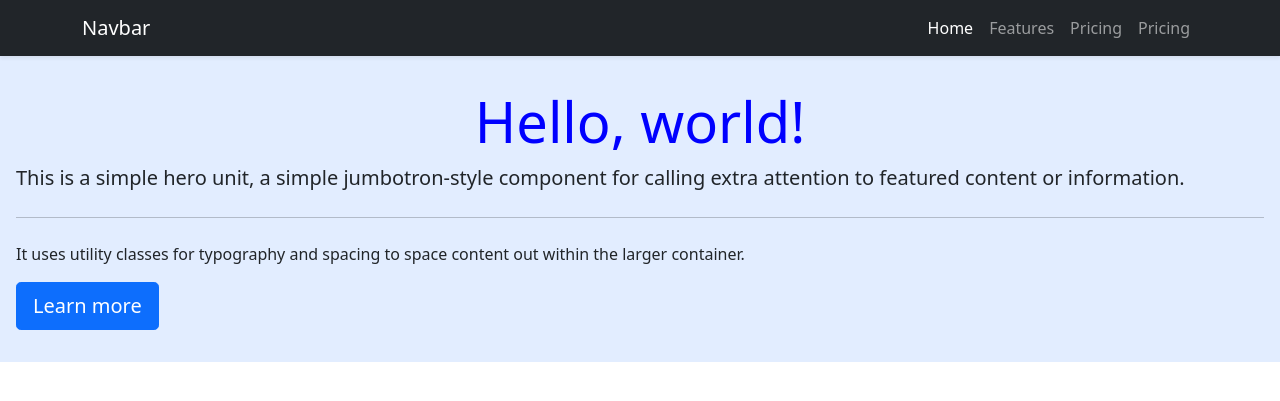
Repository: Novemberdad/gemilangtech.github.io
Page: index.html
These files come from the project's save history. The page is drawn as it stood at one moment and after the next save; the edit follows.
The browser window is 1280 px wide. The pictures show the whole page.

Above is the page before, as saved 2021-07-20 23:27:29.

After the next save:
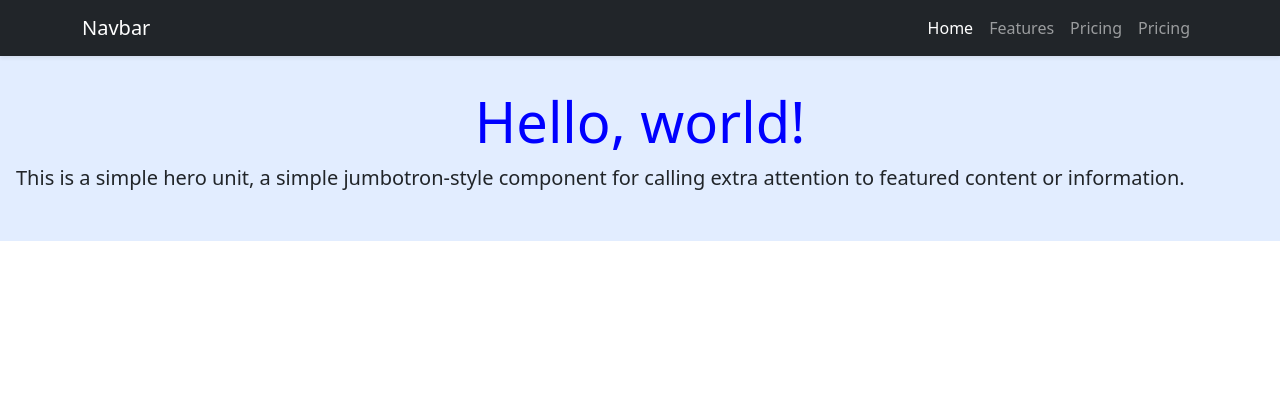
Saved 45 s later.
--- a/index.html
+++ b/index.html
@@ -52,9 +52,6 @@
     <section class="jumbotron">
         <h1 class="display-4">Hello, world!</h1>
         <p class="lead">This is a simple hero unit, a simple jumbotron-style component for calling extra attention to featured content or information.</p>
-        <hr class="my-4" />
-        <p>It uses utility classes for typography and spacing to space content out within the larger container.</p>
-        <a class="btn btn-primary btn-lg" href="#" role="button">Learn more</a>
     </section>
     <!--akhir jumbotron-->
     <script src="https://cdn.jsdelivr.net/npm/bootstrap@5.0.2/dist/js/bootstrap.bundle.min.js" integrity="sha384-MrcW6ZMFYlzcLA8Nl+NtUVF0sA7MsXsP1UyJoMp4YLEuNSfAP+JcXn/tWtIaxVXM" crossorigin="anonymous"></script>
